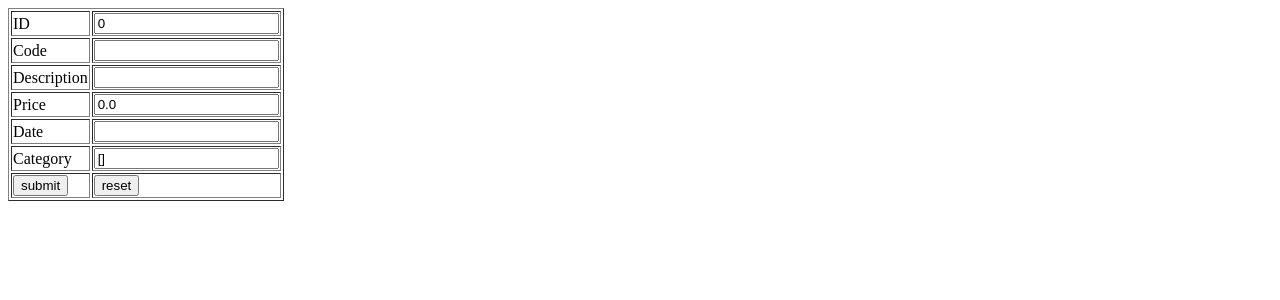
Repository: priyankamergu/MyAllProjects
Page: http://localhost/OnlineShopping/ProductDatabaseController?action=new
An editor plug-in stored every save of this project. The page is shown before and after the next save, followed by the edit.
The browser window is 1280 px wide. The pictures show the whole page.
The page is served by Tomcat 9.

Above is the page before, as saved 2019-11-19 12:29:26.

After the next save:
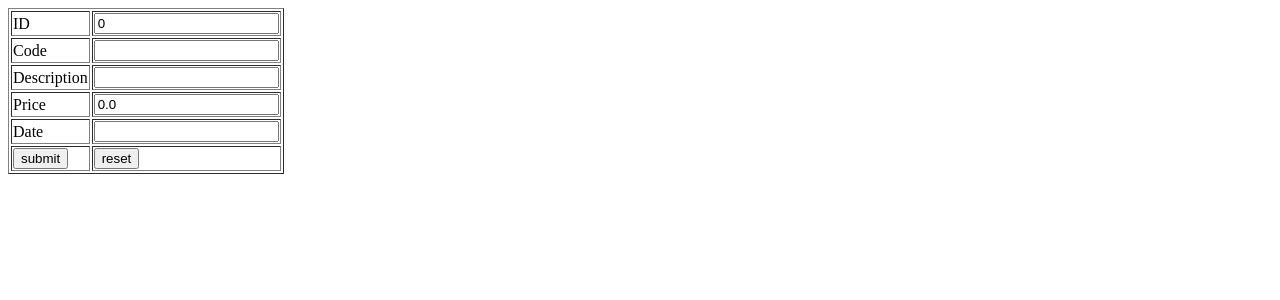
Saved 7 s later.
--- a/Workspace_JEE7_WEB/OnlineShopping/WebContent/ProductEditDataBase.jsp
+++ b/Workspace_JEE7_WEB/OnlineShopping/WebContent/ProductEditDataBase.jsp
@@ -47,10 +47,7 @@
 	<td><input type="text" name="date" id="date" value="${manfDate}"></td>
 	</tr>
 
-	<tr>
-	<td>Category</td>
-	<td><input type="text" name="id" id="id" value="${productEdit.categoryList}"></td>
-	</tr>
+
 
 	<tr><td><input type="submit" name="submit" value="submit"></td>
 	<td><input type="reset" name="reset" value="reset"></td>
